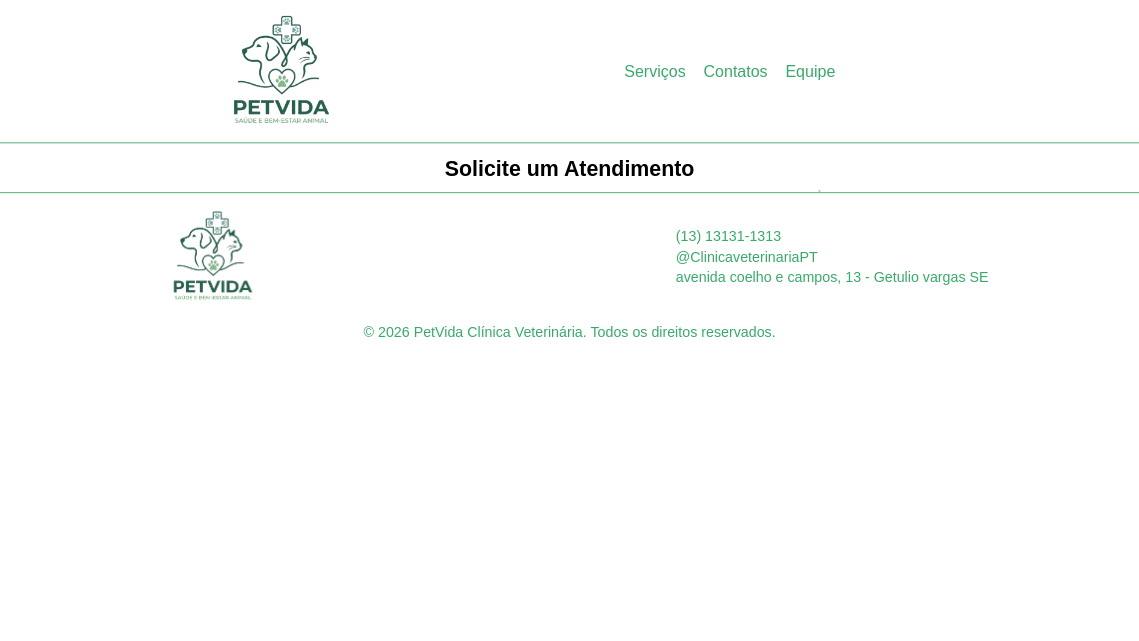
Repository: antonymsantana-design/Veterinario
Page: contatos.html
An editor plug-in stored every save of this project. The page is shown before and after the next save, followed by the edit.
The browser window is 1280 px wide. The pictures show the whole page, at 89% of full size.

Above is the page before, as saved 2026-10-03 19:49:36.

### contatos.html
<!doctype html>
<html lang="pt-br">
  <head>
    <meta charset="UTF-8" />
    <meta name="viewport" content="width=device-width, initial-scale=1.0" />
    <title>Cebola Hair</title>
    <link rel="stylesheet" href="style.css" />
  </head>
  <header>
    <div class="conteudoH" id="conteudoH">
      <div class="imagem" id="imagem">
        <img src="image/logo.png" alt="logo" class="logoIMG" id="logoIMG" />
      </div>
      <div class="direitaH">
        <div class="links" id="links">
          <a href="serviços.html" class="aLinks" id="servA">Serviços</a>
          <a href="CONTATOS.HTML" class="aLinks" id="contatosA">Contatos</a>
          <a href="Team.html" class="aLinks" id="contatosA">Equipe</a>
        </div>
      </div>
    </div>
  </header>

  <body>
    <h2 class="Our" id="servicosT">Solicite um Atendimento</h2>
    <hr />

    <div class="context">
    <!-- <form
      action="https://formsubmit.co/antonymsantana@gmail.com"
      method="POST"
    >
      <input type="hidden" name="_subject" value="Nova solicitação - PetVida" />
      <input type="hidden" name="_template" value="table" />

      <h3>Dados do cliente</h3>

      <div class="campo">
        <label for="nome">Nome completo</label>
        <input
          type="text"
          name="nome"
          id="nome"
          placeholder="Digite seu nome"
          required
        />
      </div>

      <div class="campo">
        <label for="email">E-mail</label>
        <input
          type="email"
          name="email"
          id="email"
          placeholder="Digite seu e-mail"
          required
        />
      </div>

      <div class="campo">
        <label for="telefone">Telefone</label>
        <input
          type="tel"
          name="telefone"
          id="telefone"
          placeholder="Digite seu telefone"
          required
        />
      </div>

      <h3>Dados do animal</h3>

      <div class="campo">
        <label for="animal">Nome do animal</label>
        <input
          type="text"
          name="animal"
          id="animal"
          placeholder="Digite o nome do seu pet"
          required
        />
      </div>

      <div class="campo">
        <label for="tipo">Tipo de animal</label>

        <select name="tipo_animal" id="tipo" required>
          <option value="">Selecione uma opção</option>
          <option value="Cachorro">Cachorro</option>
          <option value="Gato">Gato</option>
          <option value="Outro">Outro</option>
        </select>
      </div>

      <h3>Serviço desejado</h3>

      <div class="campo">
        <label for="servico">Escolha o serviço</label>

        <select name="servico" id="servico" required>
          <option value="">Selecione uma opção</option>
          <option value="Consulta veterinária">Consulta veterinária</option>
          <option value="Vacinação">Vacinação</option>
          <option value="Banho e tosa">Banho e tosa</option>
          <option value="Exames laboratoriais">Exames laboratoriais</option>
          <option value="Atendimento de emergência">
            Atendimento de emergência
          </option>
          <option value="Acompanhamento veterinário">
            Acompanhamento veterinário
          </option>
        </select>
      </div>

      <h3>Observações</h3>

      <div class="campo">
        <label for="mensagem">Mensagem / Observações</label>

        <textarea
          name="mensagem"
          id="mensagem"
          rows="5"
          placeholder="Informe aqui alguma informação importante sobre o animal ou sobre o atendimento que deseja solicitar."
        ></textarea>
      </div>

      <button type="submit" class="buto">Enviar solicitação</button>

      <p class="texto-form">
        Após o envio, sua solicitação será encaminhada para a equipe da PetVida.
      </p>
    </form> -->

    </div>
  </body>
  <footer id="footer">
    <div class="cimaF">
      <div class="direita">
        <img src="image/logo.png" alt="logo" class="logoIMGF" id="logoIMG" />
      </div>

      <div class="esquerda">
        <p>(13) 13131-1313</p>
        <p>@ClinicaveterinariaPT</p>
        <p>avenida coelho e campos, 13 - Getulio vargas SE</p>
      </div>
    </div>
    <div class="baixoF">
      <p>© 2026 PetVida Clínica Veterinária. Todos os direitos reservados.</p>
    </div>
  </footer>
</html>

### style.css
* {
  padding: 0px;
  margin: 0px;
  font-family: Arial, Helvetica, sans-serif;
}

header {
  background-color: #ffffff;
  height: 160px;
  display: flex;
  justify-content: center;
  align-items: center;
  border-bottom: 1px solid #39a96b;
}

.conteudoH {
  display: flex;
  justify-content: center;
  align-items: center;
  gap: 300px;
}

.imagem {
  margin-left: 20px;
  margin-top: 5px;
  display: flex;
  justify-content: center;
  align-items: center;
  gap: 30px;
  font-weight: 600;
  font-size: 22px;
}

.logoIMG {
  width: 170px;
  margin-bottom: 10px;
  cursor: pointer;
}

.logoH {
  color: white;
}

.links {
  display: flex;
  gap: 20px;
  justify-content: center;
  padding-right: 130px;
  font-size: 18px;
}

.links a {
  text-decoration: none;
  color: #39a96b;
  transition: 0.5s ease;
}

.aLinks:hover {
  transform: translateY(-5px);
  box-shadow: 0 4px 10px rgba(0, 0, 0, 0.15);
  background-color: #39a96b;
  color: #f5f5f5;
  border-radius: 5px;
  width: 120px;
  height: 30px;
  display: flex;
  justify-content: center;
  align-items: center;
}

.btnDiv {
  display: flex;
}

.btn {
  display: flex;
  justify-content: center;
  width: 140px;
  height: 50px;
  background-color: #22c55e;
  border: none;
  color: white;
  align-items: center;
  border-radius: 8px;
  transition: 0.3s ease;
  cursor: pointer;
  font-size: 14px;
}

.btn:hover {
  transform: translateY(-5px);
  box-shadow: 0 8px 15px rgba(0, 0, 0, 0.4);
}

.direitaH {
  display: flex;
  justify-content: center;
  align-items: center;
}

.conteudo {
  background-image: url(image/Cuidando\ de\ Quem\ Amamos.png);
  background-repeat: no-repeat;
  background-size: cover;
  background-position: center;
  height: 80vh;
  color: white;
}

.card {
  background-color: #fdeec7;
  width: 270px;
  height: 220px;
  display: flex;
  flex-direction: column;
  justify-content: center;
  align-items: center;
  border-radius: 5px;
}

.cards {
  display: flex;
  justify-content: center;
  gap: 40px;
  padding-top: 20px;
  padding-bottom: 20px;
}

.card h4 {
  color: #22c55e;
}

.icone {
  width: 120px;
  height: 120px;
  padding-bottom: 10px;
}

.Our {
  padding-top: 15px;
  text-align: center;
  padding-bottom: 10px;
}

hr {
  color: #22c55e;
  text-align: center;
  margin-left: 920px;
  margin-right: 920px;
}

.agendar {
  display: flex;
  justify-content: space-around;
  align-items: center;
  padding-bottom: 20px;
}

.form {
  background-color: #ecf2f7;
  width: 600px;
  height: 300px;
  border-radius: 7px;
  display: flex;
  justify-content: center;
  flex-direction: column;
}

.formCima {
  padding-top: 20px;
  display: flex;
  justify-content: center;
  align-items: center;
  flex-direction: column;
}

.quadrado {
  display: grid;
  justify-content: center;
  grid-template-columns: repeat(2, 200px);
  gap: 30px;
  column-gap: 70px;
  margin-right: 40px;
}

.esq {
  font-size: 25px;
}

footer {
  display: flex;
  justify-content: center;
  align-items: center;
  flex-direction: column;
  background-color: #ffffff;
  color: #39a96b;
  border-top: 1px solid #39a96b;
}

.AbH2 {
  padding-left: 20px;
  padding-right: 20px;
  padding-bottom: 10px;
  padding-top: 10px;
  text-align: center;
}

.AbH3 {
  padding-left: 20px;
  padding-right: 20px;
  padding-bottom: 10px;
  padding-top: 10px;
  text-align: center;
  margin-left: 425px;
  margin-right: 425px;
}

.topc {
  display: flex;
  justify-content: center;
  align-items: center;
  flex-direction: column;
  text-align: center;
  max-width: 350px;
}

.topics {
  display: flex;
  justify-content: center;
  gap: 100px;
  padding-bottom: 25px;
}

.topcIMG {
  width: 290px;
  height: 260px;
  border-radius: 25px;
  cursor: pointer;
  padding-bottom: 10px;
  padding-top: 10px;
}

.topcH {
  padding-bottom: 10px;
}

.cimaF {
  display: flex;
  justify-content: center;
  gap: 450px;
  align-items: center;
  margin-bottom: 4px;
}

.logoIMGF {
  width: 140px;
  cursor: pointer;
}

.esquerda {
  display: flex;
  flex-direction: column;
  gap: 5px;
}

.formu {
  width: 240px;
  height: 30px;
  border-radius: 5px;
  border: none;
}

.forms {
  width: 500px;
  height: 30px;
  border-radius: 5px;
  border: none;
}

.agendarbtn {
  display: flex;
  justify-content: center;
  align-items: center;
  width: 512px;
  height: 40px;
  background-color: #22c55e;
  border: none;
  color: white;
  border-radius: 8px;
  transition: 0.3s ease;
  cursor: pointer;
  margin-top: 15px;
}

.agendarbtn:hover {
  transform: translateY(-5px);
}

.btnAgendar {
  display: flex;
  justify-content: center;
  align-items: center;
}

/*pagina de serviços*/

.primeiro {
  background-color: #f0f9f4;
  width: 300px;
  padding-bottom: 13px;
  margin-left: 20px;
  text-align: center;
  padding-top: 13px;
  flex-wrap: wrap;
  border-radius: 15px;
}

.cards {
  display: grid;
  justify-content: center;
  grid-template-columns: repeat(3, 400px);
  gap: 50px;
  padding-bottom: 15px;
}
.cards .primeiro img {
  width: 250px;
  height: 250px;
  border-radius: 15px;
}
h1 {
  text-align: center;
  margin-top: 20px;
  margin-bottom: 20px;
}
.texto {
  color: #3c2415;
}
.preco {
  color: #e4c8a4;
}

form {
  display: flex;
  flex-direction: column;
  align-items: center;
  justify-content: center;
  box-shadow: 0px 0px 5px rgba(0, 0, 0, 0.16);
  padding: 20px;
  width: 700px;
  margin: 0 auto;
  border-radius: 5px;
  margin-bottom: 15px;
}

.campo{
    display: flex;
    flex-direction: column;
    margin-bottom: 15px;
    width: 100%;
}

input, select, textarea{
    padding: 10px;
    border-radius: 5px;
    border: 1px solid #ccc;
    resize: vertical;
}

.buto{
    padding: 15px;
    background-color: #22c55e;
    width: 50%;
    border: none;
    border-radius: 5px;
    color: white;
    cursor:pointer;
    font-size: 16px;
    font-weight: lighter;
    margin-bottom: 11px;
     box-shadow: 0px 0px 5px rgba(0, 0, 0, 0.367);
}




/* celular */

@media (max-width: 768px) {
  /* header */
  header {
    height: auto;
    padding: 10px 0;
  }

  .conteudoH {
    flex-direction: column;
    padding-right: 0;
    gap: 15px;
  }

  .imagem {
    margin-left: 0;
    margin-top: 0;
    gap: 10px;
  }

  .logoIMG {
    width: 80px;
    height: 80px;
  }

  .logoH {
    font-size: 20px;
  }

  .direitaH {
    flex-direction: column;
    gap: 15px;
  }

  .links {
    padding-right: 0;
    font-size: 16px;
  }

  .conteudo {
    height: 400px;
  }

  .texto {
    padding-left: 25px;
    padding-right: 25px;
    height: 400px;
    font-size: 25px;
  }

  .texto small {
    font-size: 14px;
  }

  .Our {
    font-size: 25px;
  }

  hr {
    margin-left: 30%;
    margin-right: 30%;
  }

  .cards {
    flex-direction: column;
    align-items: center;
    gap: 20px;
  }

  .card {
    width: 80%;
    max-width: 270px;
  }

  .agendar {
    flex-direction: column;
    gap: 30px;
    padding: 30px 20px;
  }

  .esq {
    font-size: 18px;
    text-align: center;
  }

  .esq h1 {
    font-size: 28px;
  }

  .esq p {
    font-size: 15px;
  }

  .form {
    width: 100%;
    max-width: 600px;
    height: auto;
    padding: 20px 0;
  }

  .forms {
    width: 80%;
  }

  .quadrado {
    grid-template-columns: 1fr;
    gap: 15px;
    margin-right: 0;
  }

  .formu {
    width: 80%;
  }

  .quadrado > div {
    width: 100%;
    text-align: center;
  }

  .quadrado label {
    display: block;
    margin-bottom: 5px;
  }

  .agendarbtn {
    width: 80%;
  }

  footer {
    flex-direction: column;
    gap: 20px;
    padding: 20px;
    text-align: center;
  }

  .esquerda {
    align-items: center;
  }
}

After the next save:
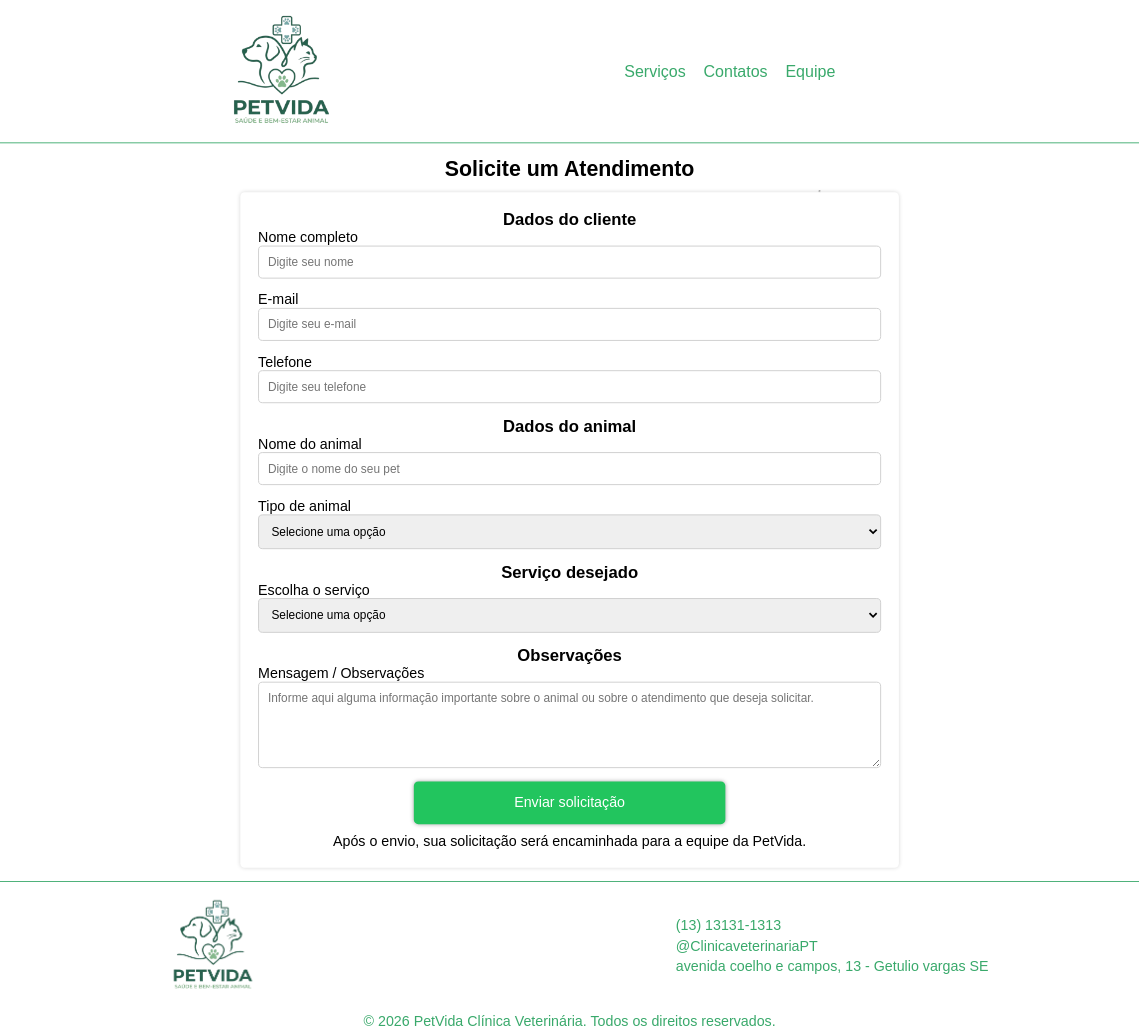
Saved 9 s later.
--- a/contatos.html
+++ b/contatos.html
@@ -26,7 +26,7 @@
     <hr />
 
     <div class="context">
-    <!-- <form
+    <form
       action="https://formsubmit.co/antonymsantana@gmail.com"
       method="POST"
     >
@@ -130,7 +130,7 @@
       <p class="texto-form">
         Após o envio, sua solicitação será encaminhada para a equipe da PetVida.
       </p>
-    </form> -->
+    </form>
 
     </div>
   </body>
